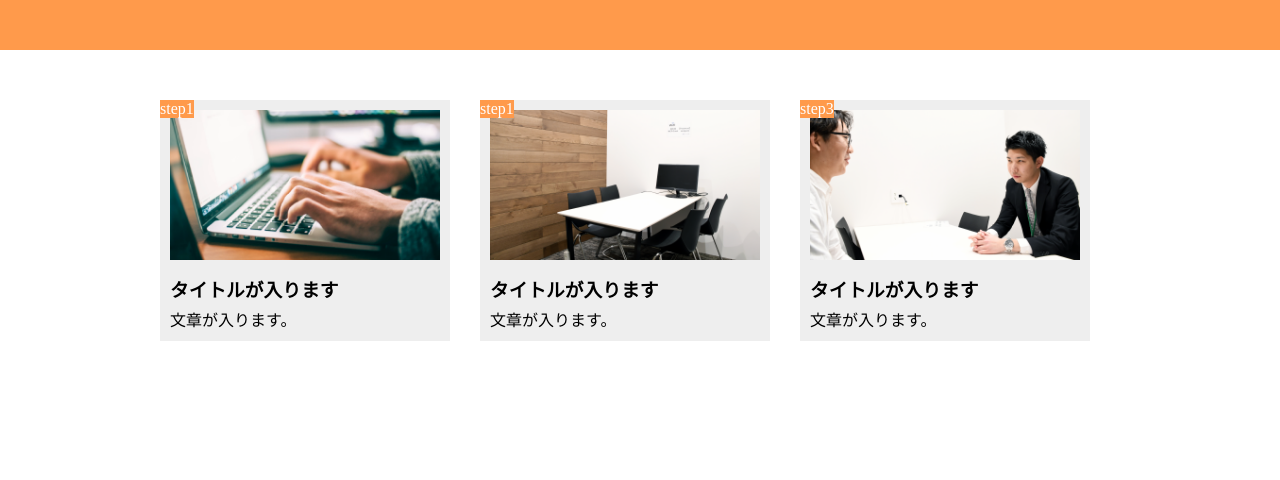
Repository: kawashimq/git-practice
Page: practice/html-9.html
The author's editor kept a record of every edit. The page is drawn from the files as they stood at one moment, then again after the next edit.
The browser window is 1280 px wide. The pictures show the whole page.

Above is the page before.

### practice/html-9.html
<!DOCTYPE html>
<html lang="ja">
  <head>
    <meta charset="UTF-8" />

    <link rel="stylesheet" href="html-9.css" />
    <title>演習9</title>
  </head>

  <body>
    <header></header>

    <main>
     <div class="box-img">
       <div class="img1"></div>
       <span>step1</span>
       <h3 class="title">タイトルが入ります</h3>
       <p class="text">文章が入ります。</p>
     </div>
     <div class="box-img">
       <div class="img2"></div>
       <span>step1</span>
       <h3 class="title">タイトルが入ります</h3>
       <p class="text">文章が入ります。</p>
     </div>
     <div class="box-img">
       <div class="img3"></div>
       <span>step3</span>
       <h3 class="title">タイトルが入ります</h3>
       <p class="text">文章が入ります。</p>
     </div>
    </main>

  </body>
</html>

### practice/html-9.css
* {
  box-sizing: border-box;
  margin: 0;
  padding: 0;
}

header {
 height: 50px;
 background-color: #FF9A4B;

}

main {
  width: 960px;
  margin: 50px auto;
  display: flex;
}

span {
  background-color: #FF9A4B;
  color: white;
  position: absolute;
  top: 0;
  left: 0;
}

.box-img,.box-img2 {
  width: 300px;
  padding: 10px;
  margin-right: 30px;
  position: relative;
  background-color: #EEEEEE;
}

.box-img3 {
  width: 300px;
  padding: 10px;
  position: relative;
  background-color: #EEEEEE;
}


.img1 {
  height: 150px;
  background-image: url(img/flow01.png);
  background-size: cover;
  background-position: bottom;
}

.img2 {
  height: 150px;
  background-image: url(img/flow02.png);
  background-size: cover;
  background-position: bottom;
}

.img3 {
  height: 150px;
  background-image: url(img/flow03.png);
  background-size: cover;
  background-position: bottom;
}

.title {
  margin-top: 15px;
  margin-bottom: 5px;
}
footer {
  height: 50px;
  background-color: #AAAAAA;
}

@media screen and (max-width:768px) {
  main {
    width: 100%;
    display: flex;
    flex-direction: column;
    align-items: center;
  }
  .header{
    height: 50px;
  }
  .box-img {
    width: 90%;
    margin: 0 0 20px 0;
  }
  .box-img2 {
    width: 90%;
    margin-bottom: 20px;
    margin-right: 0;
  }
  .box-img3 {
    width: 90%;
  }
  footer {
    height: 50px;
  }
}

After the next edit:
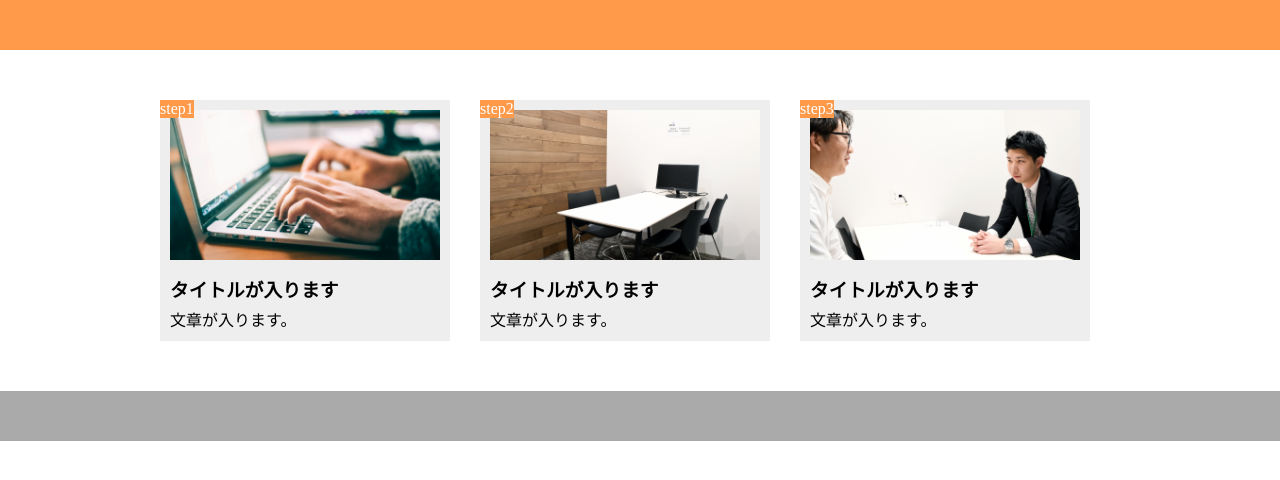
The edit:
--- a/practice/html-9.html
+++ b/practice/html-9.html
@@ -19,7 +19,7 @@
      </div>
      <div class="box-img">
        <div class="img2"></div>
-       <span>step1</span>
+       <span>step2</span>
        <h3 class="title">タイトルが入ります</h3>
        <p class="text">文章が入ります。</p>
      </div>
@@ -30,6 +30,7 @@
        <p class="text">文章が入ります。</p>
      </div>
     </main>
+    <footer></footer>
 
   </body>
 </html>
